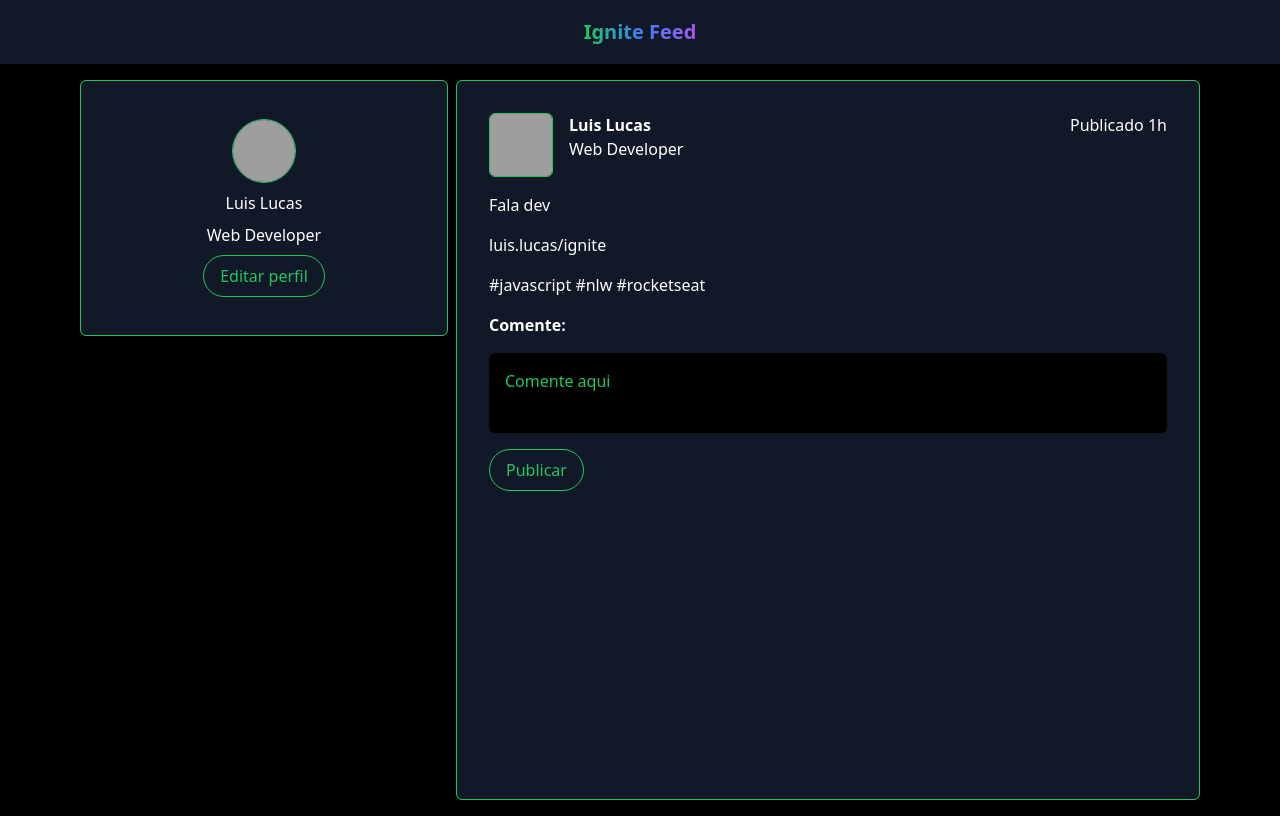
Repository: LuisSempre/ignite-feed
Page: /
These files come from the project's save history. The page is drawn as it stood at one moment and after the next save; the edit follows.
The browser window is 1280 px wide. The pictures show the whole page.
Pictures or frames that could not be fetched are drawn as grey boxes. The project was rebuilt for these pictures with package versions that can differ from the ones it lists, and the page was loaded fresh each time. Also part of the build but not shown: vite.config.js.

Above is the page before, as saved 2022-07-14 00:09:47.

### src/App.jsx
import { Header } from "./Components/Header"
import { Sidebar } from "./Components/Sidebar"
import { Post } from "./Components/Post"
function App() {
  return (
    <div>
      <Header />
      <div className="max-w-6xl mx-auto p-4 grid grid-cols-3 gap-2 items-start">
        <Sidebar />
        <div className="col-span-2">
         <Post />
        </div>
      </div>
    </div>
  );
}

export default App;

### src/index.css
@tailwind base;
@tailwind components;
@tailwind utilities;

body {
    @apply bg-black text-white;
}

### src/Components/Header.jsx
export function Header() {
  return (
    <div className="flex items-center justify-center h-16 bg-gray-900 mx-auto w-full">
      <h1 className="text-xl font-bold text-transparent bg-clip-text bg-gradient-to-r from-green-500  via-blue-500 to-purple-500">Ignite Feed</h1>
    </div>
  )
}

### src/Components/Sidebar.jsx
export function Sidebar() {
  return (
    <div className="rounded-md bg-gray-900 justify-center items-center flex flex-col text-center h-64 space-y-2  border border-green-500">
        <img
          className="w-16 h-16 rounded-full overflow-hidden object-cover border border-green-500"
          src="https://avatars.githubusercontent.com/u/32404639?v=4"
          alt=""
        />
        <h1>Luis Lucas</h1>
        <span>Web Developer</span>
        <a
          href=""
          className="border border-green-500 px-4 py-2 rounded-full text-green-500"
        >
          Editar perfil
        </a>
    </div>
  );
}

### src/Components/Post.jsx
export function Post() {
  return (
    <div className=" bg-gray-900 rounded-md h-screen space-y-4 p-8 border border-green-500">
      <div className="flex justify-between ">
        <div className="flex gap-4">
          <img
            className="h-16 w-16 border border-green-500 rounded-md"
            src="https://github.com/luissempre.png"
            alt=""
          />
          <div className="flex flex-col">
            <strong>Luis Lucas </strong>
            <span>Web Developer</span>
          </div>
        </div>
        <div>
          <time dataTime="2022-05-11 08:13:00">Publicado 1h</time>
        </div>
      </div>
      <div className="space-y-4">
        <p>Fala dev</p>
        <p>luis.lucas/ignite</p>
        <p>#javascript #nlw #rocketseat</p>
      </div>

      <form className="flex flex-col justify-start items-start space-y-4">
        <strong>Comente:</strong>
        <textarea
          className="w-full rounded-md bg-black placeholder-green-500 p-4 resize-none focus:-green-500"
          placeholder="Comente aqui"
        />
          <button
            type="submit"
            className="border border-green-500 rounded-full px-4 py-2 text-green-500"
          >
            Publicar
          </button>
      </form>
    </div>
  );
}

Loaded but not shown: index.html (common file); src/main.jsx (common file); tailwind.config.js (common file)

After the next save:
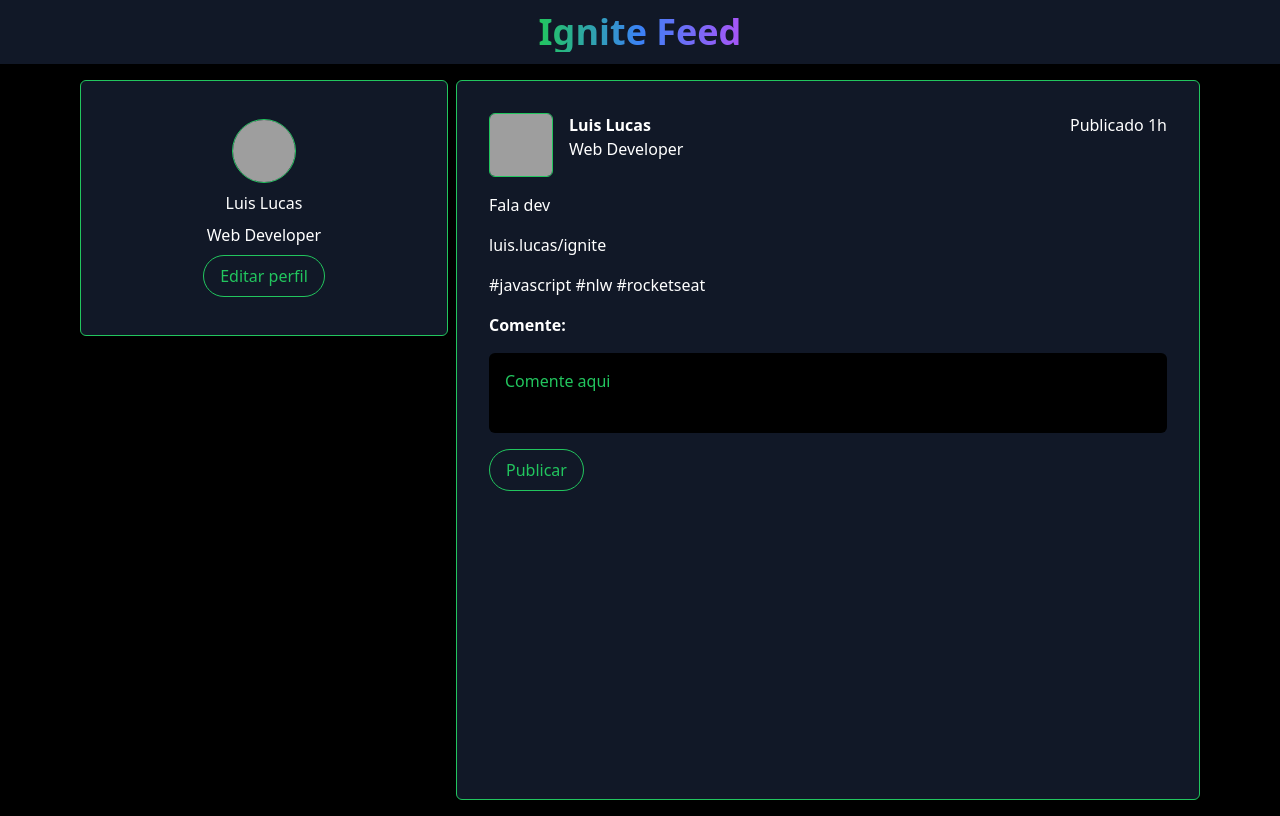
Saved 4 s later.
--- a/src/Components/Header.jsx
+++ b/src/Components/Header.jsx
@@ -1,7 +1,7 @@
 export function Header() {
   return (
     <div className="flex items-center justify-center h-16 bg-gray-900 mx-auto w-full">
-      <h1 className="text-xl font-bold text-transparent bg-clip-text bg-gradient-to-r from-green-500  via-blue-500 to-purple-500">Ignite Feed</h1>
+      <h1 className="text-4xl font-bold text-transparent bg-clip-text bg-gradient-to-r from-green-500  via-blue-500 to-purple-500">Ignite Feed</h1>
     </div>
   )
 }
